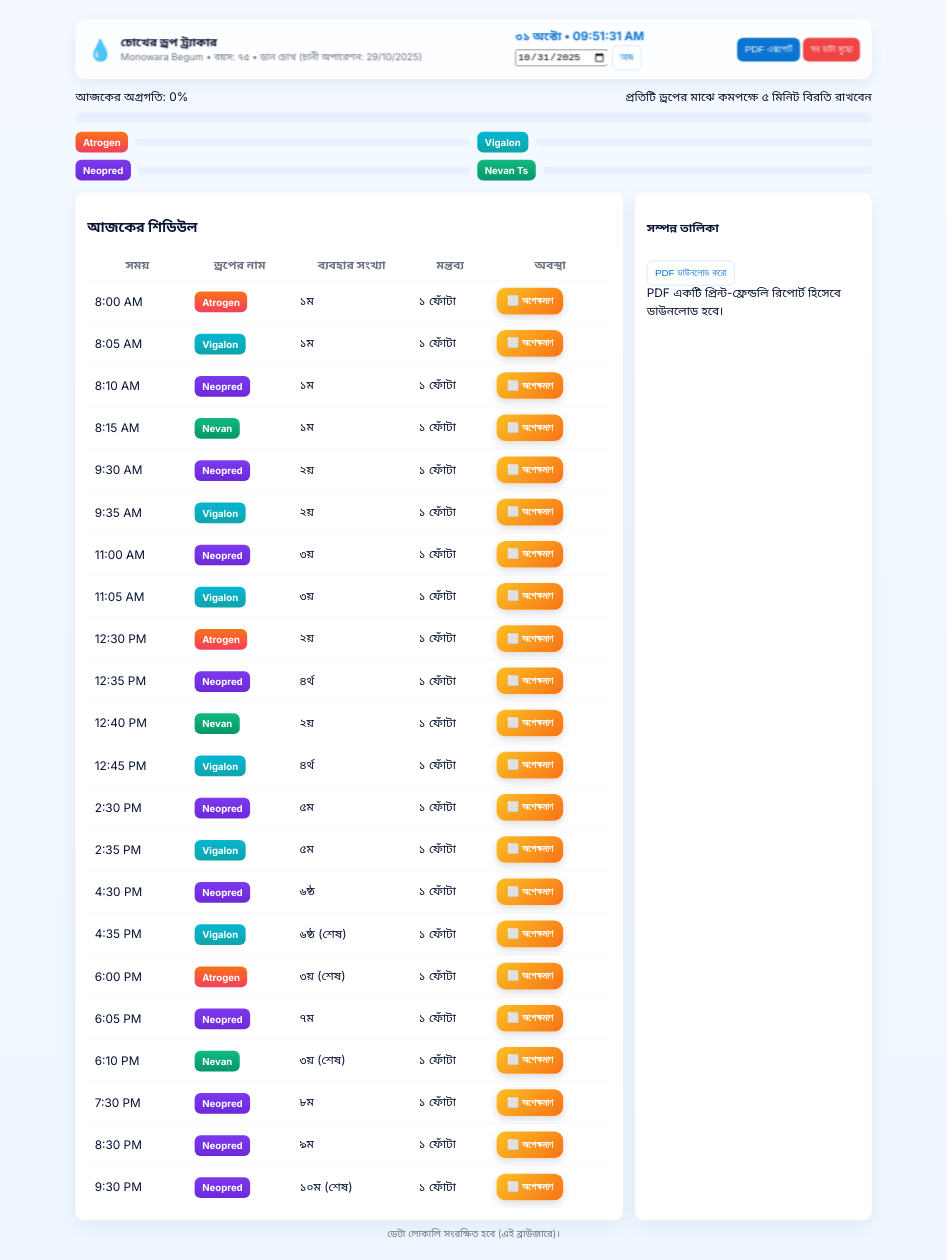
Repository: naimuddin1190/EyeDrop-Tracker
Page: index.html
An editor plug-in stored every save of this project. The page is shown before and after a run of saves, followed by the edit.
The browser window is 1280 px wide. The pictures show the whole page, at 74% of full size.

Above is the page before, as saved 2025-10-31 10:49:12.

After the next 2 saves:
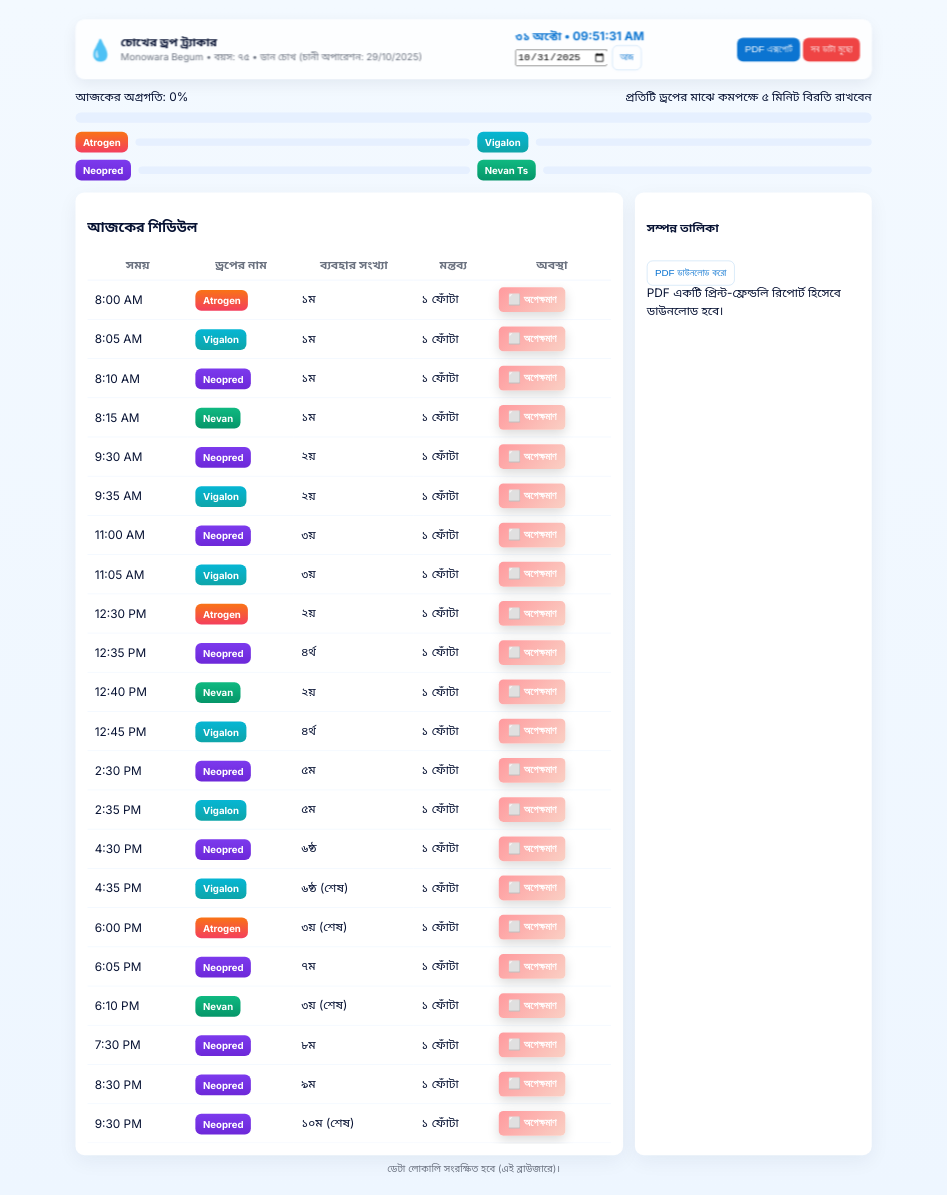
The 2 saves are shown as one change because they came seconds apart.
The last was saved 119 s later.
--- a/styles.css
+++ b/styles.css
@@ -70,29 +70,33 @@ body{
 /* Footer */
 .footer{text-align:center;font-size:13px;color:var(--muted);margin-top:10px}
 
-
-.mark-btn {
-  padding: 10px 14px;
-  border-radius: 12px;
+/* Button default */
+.mark-btn.pending {
+  background: linear-gradient(135deg, #ff9a9e 0%, #fad0c4 100%);
+  color: #fff;
   border: none;
+  padding: 8px 12px;
+  border-radius: 6px;
   cursor: pointer;
-  font-weight: 700;
-  background: linear-gradient(135deg, #fbbf24, #f97316); /* orange gradient */
-  color: white;
-  box-shadow: 0 4px 12px rgba(0,0,0,0.15);
+  font-weight: bold;
   transition: transform 0.2s ease, box-shadow 0.2s ease;
+  box-shadow: 0 4px 12px rgba(0,0,0,0.1);
+  animation: pulse 1.5s infinite;
 }
 
-.mark-btn:hover {
-  transform: scale(1.05);
-  box-shadow: 0 6px 18px rgba(0,0,0,0.25);
+/* Pulse animation */
+@keyframes pulse {
+  0% { transform: scale(1); box-shadow: 0 4px 12px rgba(0,0,0,0.1); }
+  50% { transform: scale(1.05); box-shadow: 0 6px 16px rgba(0,0,0,0.15); }
+  100% { transform: scale(1); box-shadow: 0 4px 12px rgba(0,0,0,0.1); }
 }
 
-.mark-btn.done {
-  background: linear-gradient(90deg,#10b981,#34d399); /* green for completed */
-  color: #fff;
-  box-shadow: 0 4px 12px rgba(16,185,129,0.35);
+/* Hover effect */
+.mark-btn.pending:hover {
+  transform: scale(1.1);
+  box-shadow: 0 8px 20px rgba(0,0,0,0.2);
 }
+
 
 /* Responsive */
 @media(max-width:900px){
